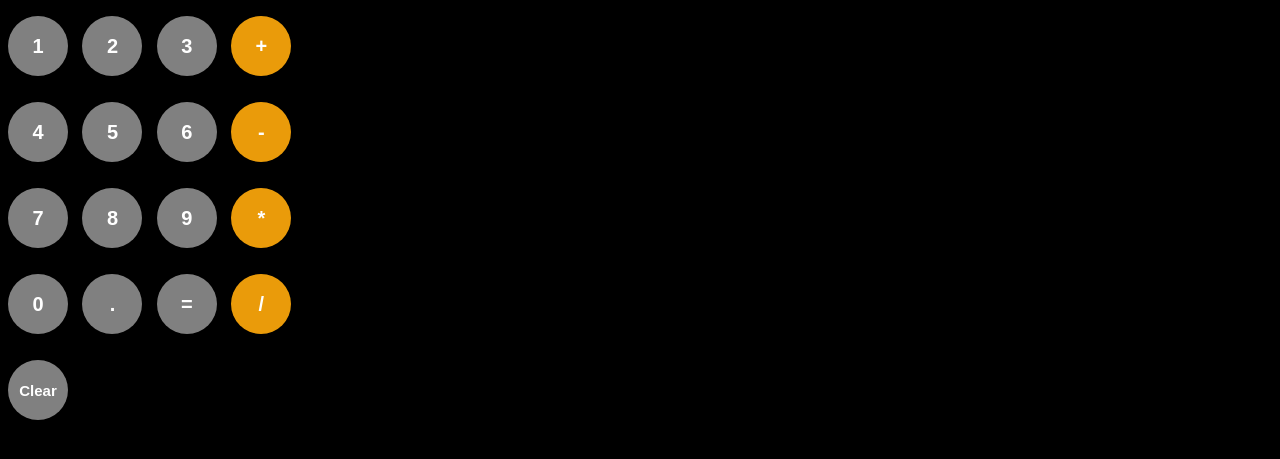
Repository: hawamubarakk/Calculator
Page: calculator.html
The author's editor kept a copy of each file at every save. The page is drawn from the files as they stood at one save, then again after the next save.
The browser window is 1280 px wide. The pictures show the whole page.

Above is the page before, as saved 2025-08-15 21:35:27.

After the next save:
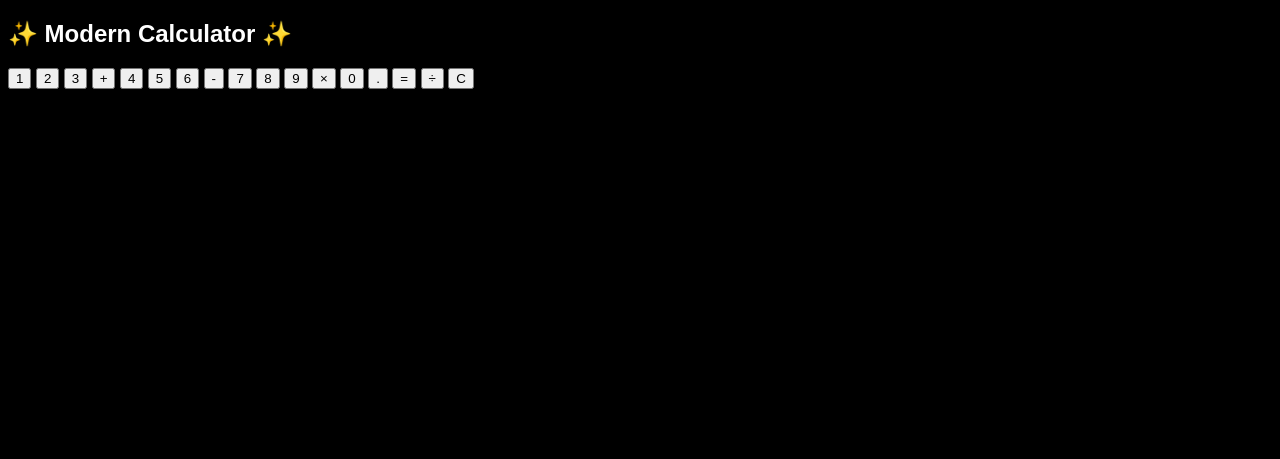
Saved 10 min 4 s later.
--- a/calculator.html
+++ b/calculator.html
@@ -1,105 +1,41 @@
 <!DOCTYPE html>
-<html>
-  <head>
-
-    <link rel="stylesheet" href="style.css">
-    <title>Calculator</title>
-  </head>
-  <body>
-    <!-- Create an element to display the calculation. -->
+<html lang="en">
+<head>
+  <meta charset="UTF-8">
+  <meta name="viewport" content="width=device-width, initial-scale=1.0">
+  <title>Modern Calculator</title>
+  <link rel="stylesheet" href="style.css">
+</head>
+<body>
+  <div class="calculator-container">
+    <h2>✨ Modern Calculator ✨</h2>
     <p class="js-calculation"></p>
 
-    <p>
-      <button onclick="
-        updateCalculation('1');
-      " class = "button">1</button>
+    <div class="buttons-grid">
+      <button data-value="1">1</button>
+      <button data-value="2">2</button>
+      <button data-value="3">3</button>
+      <button class="op" data-value="+">+</button>
 
-      <button onclick="
-        updateCalculation('2');
-      " class = "button">2</button>
+      <button data-value="4">4</button>
+      <button data-value="5">5</button>
+      <button data-value="6">6</button>
+      <button class="op" data-value="-">-</button>
 
-      <button onclick="
-        updateCalculation('3');
-      " class = "button">3</button>
+      <button data-value="7">7</button>
+      <button data-value="8">8</button>
+      <button data-value="9">9</button>
+      <button class="op" data-value="*">×</button>
 
-      <button onclick="
-        updateCalculation(' + ');
-      " class = "operators">+</button>
-    </p>
+      <button data-value="0">0</button>
+      <button data-value=".">.</button>
+      <button id="equals">=</button>
+      <button class="op" data-value="/">÷</button>
 
-    <p>
-      <button onclick="
-        updateCalculation('4');
-      "class = "button">4</button>
+      <button id="clear" class="clear-btn">C</button>
+    </div>
+  </div>
 
-      <button onclick="
-        updateCalculation('5');
-      "class = "button">5</button>
-
-      <button onclick="
-        updateCalculation('6');
-      "class = "button">6</button>
-
-      <button onclick="
-        updateCalculation(' - ');
-      " class = "operators">-</button>
-    </p>
-
-    <p>
-      <button onclick="
-        updateCalculation('7');
-      "class = "button">7</button>
-
-      <button onclick="
-        updateCalculation('8');
-      "class = "button">8</button>
-
-      <button onclick="
-        updateCalculation('9');
-      "class = "button">9</button>
-
-      <button onclick="
-        updateCalculation(' * ');
-      " class = "operators">*</button>
-    </p>
-
-    <p>
-      <button onclick="
-        updateCalculation('0');
-      "class = "button">0</button>
-
-      <button onclick="
-        updateCalculation('.');
-      "class = "button">.</button>
-
-      <button onclick="
-        calculation = eval(calculation);
-
-        // Display the calculation on the page
-        // instead of console.log
-        displayCalculation();
-
-        localStorage.setItem('calculation', calculation);
-      "class = "button">=</button>
-
-      <button onclick="
-        updateCalculation(' / ');
-      " class = "operators">/</button>
-    </p>
-
-    <p>
-      <button onclick="
-        calculation = '';
-
-        // Display the calculation on the page
-        // instead of console.log
-        displayCalculation();
-
-        localStorage.setItem('calculation', calculation);
-      "class = "button1">Clear</button>
-    </p>
-
-    <script src="script.js"></script>
-
-  </body>
+  <script src="script.js"></script>
+</body>
 </html>
